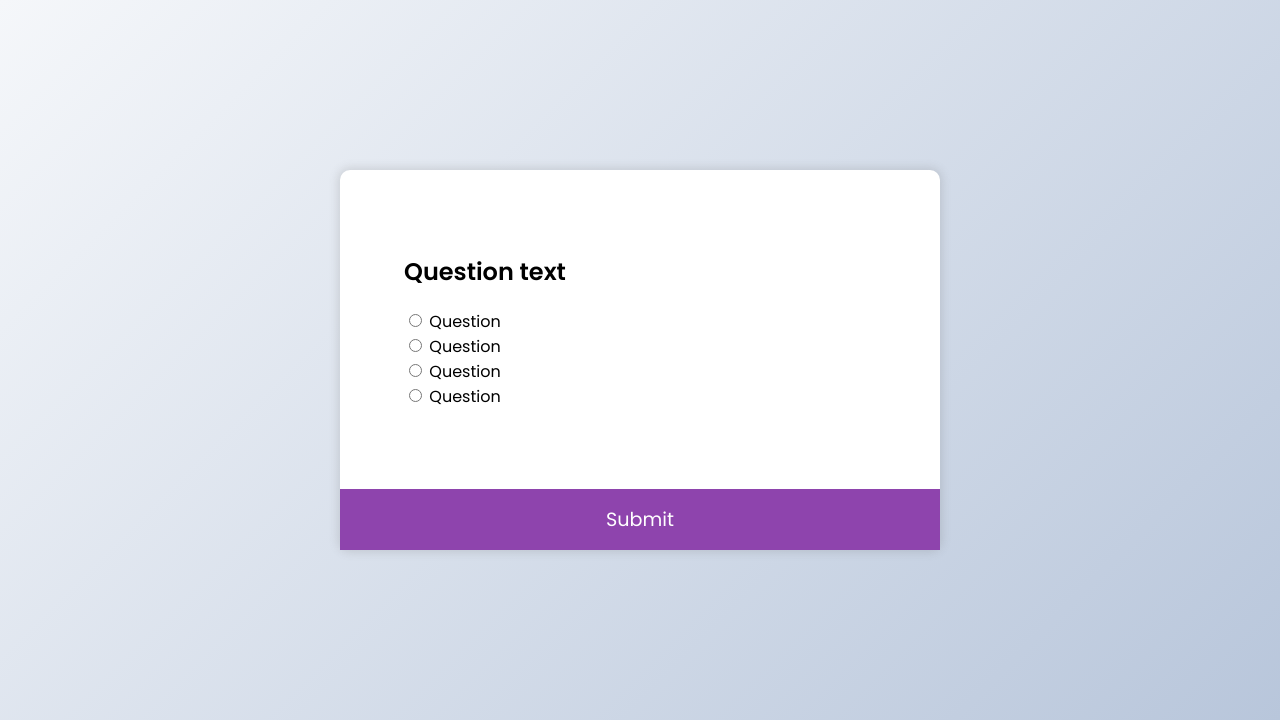
Repository: kate30980/projects-js-practice
Page: quiz-app/index.html
An editor plug-in stored every save of this project. The page is shown before and after the next save, followed by the edit.
The browser window is 1280 px wide. The pictures show the whole page.

Above is the page before, as saved 2021-09-05 22:07:42.

### quiz-app/index.html
<!DOCTYPE html>
<html lang="en">

<head>
    <meta charset="UTF-8" />
    <meta name="viewport" content="width=device-width, initial-scale=1.0" />
    <title>Title</title>
    <link rel="stylesheet" href="style.css" />
    <script src="script.js" defer></script>
</head>

<body>
    <div class="quiz-container">
        <div class="quiz-header">
            <h2>Question text</h2>
            <ul>
                <li>
                    <input type="radio" id="a" name="answer">
                    <label for="a">Question</label>
                </li>
                <li>
                    <input type="radio" id="b" name="answer">
                    <label for="b">Question</label>
                </li>
                <li>
                    <input type="radio" id="c" name="answer">
                    <label for="c">Question</label>
                </li>
                <li>
                    <input type="radio" id="d" name="answer">
                    <label for="d">Question</label>
                </li>
            </ul>
        </div>
        <button>Submit</button>
    </div>
</body>

</html>

### quiz-app/style.css
@import url("https://fonts.googleapis.com/css2?family=Poppins:wght@200;400;600&display=swap");

* {
    box-sizing: border-box;
}

body {
    background-color: #b8c6db;
    background-image: linear-gradient(315deg,#b8c6db, #f5f7fa 100%);
    font-family: "Poppins", sans-serif;
    margin: 0;
    min-height: 100vh;

    display: flex;
    align-items: center;
    justify-content: center;

}

.quiz-container{
    background-color: #fff;
    width: 400px;
    border-radius: 10px;
    box-shadow: rgba(100, 100, 100, 0.2) 0px 0 10px 2px;
    width: 600px;
    max-width: 100%;
}
.quiz-header{
    padding: 4rem;
}
ul{
    list-style-type: none;
    padding: 0;
}
button{
    background-color:#8e44ad;
    display: block;
    width: 100%;
    padding: 1rem;
    color: white;
    font-family: inherit;
    border:none;
    cursor: pointer;
    font-size: 1.2rem;
}
button:hover{
    background-color: #732d91;
}

### quiz-app/script.js
const quizData = [
  {
    question: "How old is Kate?",
    a: "10",
    b: "17",
    c: "21",
    d: "20",
    correct: "c",
  },
  {
    question: "What is the best programming language?",
    a: "Javascript",
    b: "Python",
    c: "C++",
    d: "PHP",
    correct: "a",
  },
  {
    question: "Who is the president of US?",
    a: "Kate Le",
    b: "Donald Trump",
    c: "Barack Obama",
    d: "Bill Clinton",
    correct: "a",
  },
  {
    question: "Kate is the best girl in the world",
    a: "Damn true",
    b: "This is a correct answer",
    c: "Aboslutely",
    d: "Dont need to ask this stupid question",
    correct: "a",
  },
  {
    question: "What year was Javascript launch",
    a: "2020",
    b: "2019",
    c: "1995",
    d: "None of the above",
    correct: "c",
  },
];

After the next save:
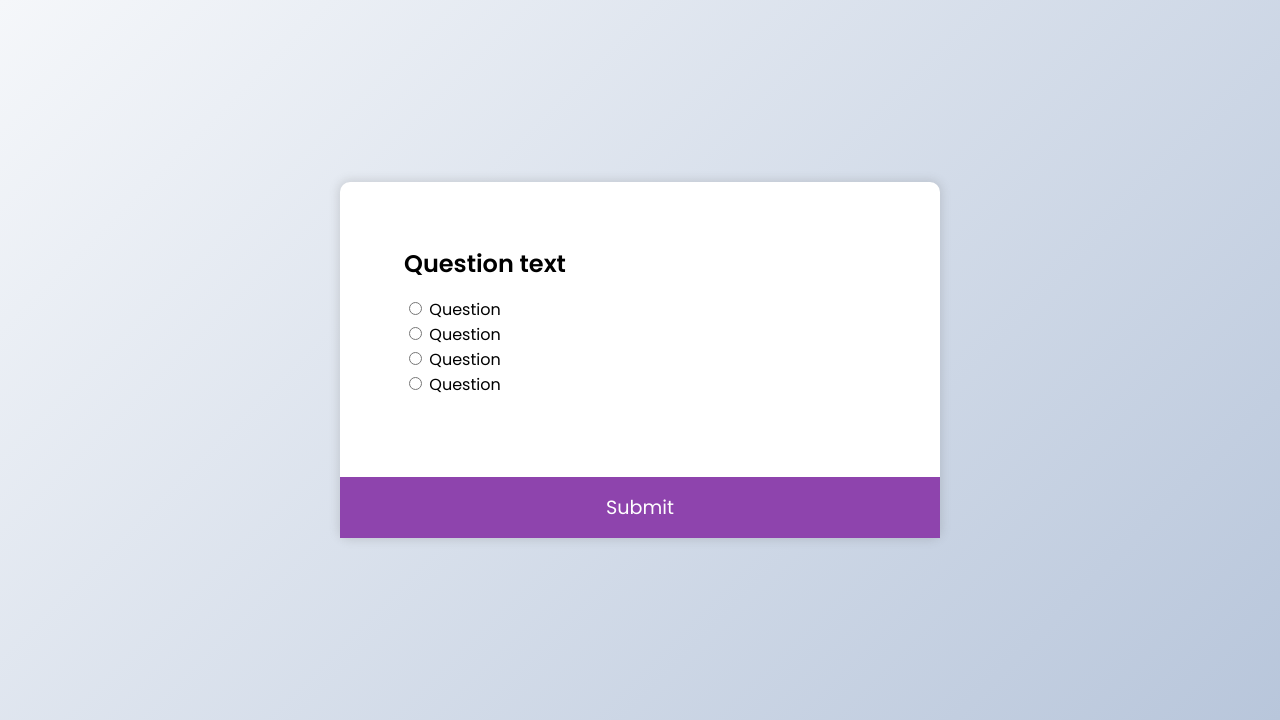
Saved 35 s later.
--- a/quiz-app/style.css
+++ b/quiz-app/style.css
@@ -32,6 +32,9 @@ ul{
     list-style-type: none;
     padding: 0;
 }
+h2{
+    margin: 0;
+}
 button{
     background-color:#8e44ad;
     display: block;
